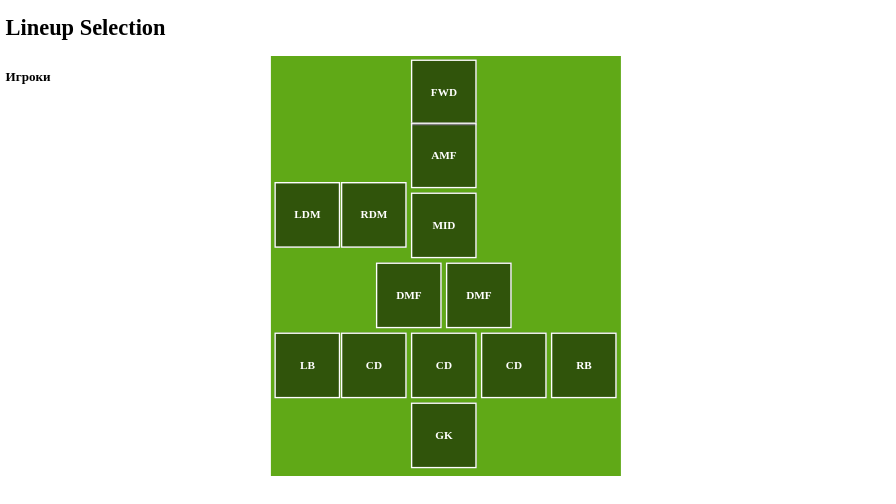
Repository: greatgreek73/soccergame
Page: http://localhost/lineup-selection/
An editor plug-in stored every save of this project. The page is shown before and after the next save, followed by the edit.
The browser window is 1280 px wide. The pictures show the part of the page from y = 0 to 1920 px (the page is 720 px tall before and 3124 px after), at 70% of full size.
Some web libraries are served in a nearby version. The page is served by the project's application, run on Django 4.2 (manage.py). A made-up administrator, testuser (Test User, test@example.com), is signed in. Other server files are loaded and not shown. Queries for data that is not in the repository find no rows.

Above is the page before, as saved 2024-04-19 20:51:02.

### players/templates/lineup_selection.html
{% load static %}

<!DOCTYPE html>
<html>
<head>
    <title>Lineup Selection</title>
    <link rel="stylesheet" href="https://code.jquery.com/ui/1.12.1/themes/base/jquery-ui.css">
    <script src="https://code.jquery.com/jquery-3.6.0.min.js"></script>
    <script src="https://code.jquery.com/ui/1.12.1/jquery-ui.min.js"></script>
    <style>
        .content-wrapper {
            display: flex;
            justify-content: flex-start; /* Изменено для устранения лишнего пространства между элементами */
        }
        #player-list {
            width: 30%; /* Задайте ширину списка игроков */
            margin-right: 0px; /* Отступ уменьшен до 0 */
        }
        #field {
            background-color: #60A917;
            width: 500px;
            height: 600px;
            position: relative;
        }
        .position {
            width: 90px;
            height: 90px;
            border: 2px solid #fff;
            position: absolute;
            display: flex;
            align-items: center;
            justify-content: center;
            color: white;
            font-weight: bold;
            background-color: rgba(0, 0, 0, 0.5); /* Небольшая прозрачность */
        }
    </style>
    <script>
        var lineup = []; // Инициализация массива состава на уровне глобальной переменной

        function loadInitialLineup() {
            $.ajax({
                url: '/get-lineup/',
                type: 'GET',
                success: function(response) {
                    lineup = response.lineup;
                    lineup.forEach(function(player) {
                        var playerElement = $('[data-player-id="' + player.player_id + '"]');
                        var positionElement = $('.position[data-position="' + player.position + '"]');
                        var playerClone = playerElement.clone().addClass('positioned-player').removeAttr('style');
                        positionElement.empty().append(playerClone);
                        playerElement.remove();
                        updateDraggable();
                    });
                },
                error: function(xhr, status, error) {
                    console.error('Error loading the lineup: ' + error);
                }
            });
        }

        function updateDraggable() {
            $('.positioned-player').draggable({
                revert: 'invalid',
                cursor: 'move',
                helper: 'clone',
                zIndex: 100
            });
        }

        $(document).ready(function() {
            loadInitialLineup();
            $('.player').draggable({
                revert: 'invalid',
                cursor: 'move',
                helper: 'clone',
                zIndex: 100
            });

            $('.position').droppable({
                accept: function(draggable) {
                    return true; // Теперь любой игрок может быть перетащен в любой слот
                },
                drop: function(event, ui) {
                    console.log("Игрок помещен в слот");
                    var droppedPlayer = ui.draggable;
                    var droppedPlayerId = droppedPlayer.data('player-id');
                    var position = $(this).data('position');  // Получаем позицию слота

                    // Удаление предыдущего игрока из этого слота, если он занят
                    if ($(this).find('.player').length) {
                        var positionedPlayerId = $(this).find('.player').data('player-id');
                        lineup = lineup.filter(item => item.player_id !== positionedPlayerId); // Удаление из массива
                    }

                    // Добавление нового игрока в массив lineup
                    lineup.push({player_id: droppedPlayerId, position: position});

                    // Клонирование и обновление DOM
                    var playerClone = droppedPlayer.clone().removeAttr('style').removeClass('ui-draggable').addClass('positioned-player');
                    $(this).empty().append(playerClone);
                    playerClone.draggable({
                        revert: 'invalid',
                        cursor: 'move',
                        helper: 'clone',
                        zIndex: 100
                    });

                    droppedPlayer.remove();
                    saveLineupAutomatically();  // Сохранение состава
                }
            });

            $('#player-list ul').droppable({
                accept: '.positioned-player',
                drop: function(event, ui) {
                    var droppedPlayer = ui.draggable;
                    var playerId = droppedPlayer.data('player-id');
                    lineup = lineup.filter(item => item.player_id !== playerId); // Update lineup
                    droppedPlayer.remove();
                    $(this).append(droppedPlayer);
                    droppedPlayer.draggable({
                        revert: 'invalid',
                        cursor: 'move',
                        helper: 'clone',
                        zIndex: 100
                    });
                    saveLineupAutomatically();
                }
            });

            function saveLineupAutomatically() {
                // Нет необходимости очищать массив, так как он уже глобальный и обновляется в других функциях
                $.ajax({
                    url: '/lineup/save/',
                    type: 'POST',
                    data: JSON.stringify({lineup: lineup}),
                    contentType: 'application/json',
                    success: function(response) {
                        console.log('Состав успешно сохранен автоматически');
                    },
                    error: function(xhr, status, error) {
                        console.error('Ошибка при автоматическом сохранении состава: ' + error);
                    }
                });
            }

            {% for position, player_id in selected_players.items %}
                var player = $('.player[data-player-id="{{ player_id }}"]');
                var playerClone = player.clone().removeAttr('style').removeClass('ui-draggable').addClass('positioned-player');
                playerClone.uniqueId();
                $('.position[data-position="{{ position }}"]').empty().append(playerClone);
                player.remove();

                playerClone.draggable({
                    revert: 'invalid',
                    cursor: 'move',
                    helper: 'clone',
                    zIndex: 100
                });
            {% endfor %}
        });
    </script>
</head>
<body>
    <h1>Lineup Selection</h1>
    <div class="content-wrapper"> <!-- Добавлен новый контейнер -->
        <div id="player-list">
            <h3>Игроки</h3>
            <ul>
                {% for player in players %}
                    <li class="player" data-player-id="{{ player.id }}" data-player-position="{{ player.position }}">
                        {{ player.last_name }} ({{ player.position }})
                    </li>
                {% endfor %}
            </ul>
        </div>

        <div id="field">
            <div class="position" data-position="GK" style="top: 495px; left: 200px;">GK</div>
            <div class="position" data-position="DEF" style="top: 395px; left: 200px;">CD</div>
            <div class="position" data-position="DEF" style="top: 395px; left: 300px;">CD</div>
            <div class="position" data-position="DEF" style="top: 395px; left: 100px;">CD</div>
            <div class="position" data-position="RB" style="top: 395px; left: 400px;">RB</div>
            <div class="position" data-position="LB" style="top: 395px; left: 5px;">LB</div>
            <div class="position" data-position="RDM" style="top: 180px; left: 100px;">RDM</div>
            <div class="position" data-position="LDM" style="top: 180px; left: 5px;">LDM</div>
            <div class="position" data-position="MID" style="top: 195px; left: 200px;">MID</div>
            <div class="position" data-position="FWD" style="top: 5px; left: 200px;">FWD</div>
            <div class="position" data-position="DMF" style="top: 295px; left: 250px;">DMF</div>
            <div class="position" data-position="DMF" style="top: 295px; left: 150px;">DMF</div>
            <div class="position" data-position="AMF" style="top: 95px; left: 200px;">AMF</div>



        </div>
    </div>
</body>
</html>

### players/views.py
import scipy.stats as stats
from django.http import HttpResponseRedirect, JsonResponse
from django.shortcuts import render, redirect, get_object_or_404
from .models import Player, Club, Lineup, LineupPlayer
from faker import Faker
from django.contrib import messages
from .forms import UserRegisterForm, CreateClubForm, GeneratePlayerForm
from django.contrib.auth import authenticate, login
from django.contrib.auth.decorators import login_required
from match_engine.engine import simulate_match
from utils.player_stats_generator import PlayerStatsGenerator
from utils.config import TOTAL_POINTS, MAIN_STATS_RATIO, KEY_STAT_MULTIPLIERS, MAX_STAT_VALUE
import json
from django.views.decorators.csrf import csrf_exempt
import logging

# Настройка логгера
logger = logging.getLogger('newsoccergame')

fake = Faker()

STATS = [
    'strength', 'stamina', 'pace', 'marking', 'tackling', 'work_rate',
    'positioning', 'passing', 'crossing', 'dribbling', 'ball_control',
    'heading', 'finishing', 'long_range', 'vision', 'handling', 'reflexes',
    'aerial', 'jumping', 'command', 'throwing', 'kicking'
]

def index(request):
    return render(request, 'index.html')

def generate_player(request):
    if request.method == 'POST':
        form = GeneratePlayerForm(request.POST)
        if form.is_valid():
            position = form.cleaned_data['position']
            Player.objects.create(
                first_name=fake.first_name_male(),
                last_name=fake.last_name_male(),
                age=17,
                position=position
            )
            return HttpResponseRedirect('/generate/')
    else:
        form = GeneratePlayerForm()
    return render(request, 'generate_player.html', {'form': form})

def register(request):
    if request.method == 'POST':
        form = UserRegisterForm(request.POST)
        if form.is_valid():
            form.save()
            username = form.cleaned_data.get('username')
            messages.success(request, f'Your account has been created! You are now able to log in')
            return redirect('login')
    else:
        form = UserRegisterForm()
    return render(request, 'register.html', {'form': form})

def user_login(request):
    if request.method == 'POST':
        username = request.POST['username']
        password = request.POST['password']
        user = authenticate(request, username=username, password=password)
        if user is not None:
            login(request, user)
            try:
                club = Club.objects.get(user=user)
                return redirect('club_detail', club_id=club.id)
            except Club.DoesNotExist:
                return redirect('create_club')
        else:
            return render(request, 'login.html', {'error': 'Invalid credentials'})
    return render(request, 'login.html')

@login_required
def home(request):
    try:
        club = Club.objects.get(user=request.user)
        return redirect('club_detail', club_id=club.id)
    except Club.DoesNotExist:
        return redirect('create_club')

def club_detail(request, club_id):
    club = get_object_or_404(Club, id=club_id)
    context = {
        'club': club,
        'form': GeneratePlayerForm()
    }
    return render(request, 'club_detail.html', context)

def create_club(request):
    if request.method == 'POST':
        form = CreateClubForm(request.POST)
        if form.is_valid():
            existing_club = Club.objects.filter(user=request.user).first()
            if existing_club:
                return redirect('club_detail', club_id=existing_club.id)

            new_club = Club.objects.create(
                user=request.user,
                name=form.cleaned_data['name'],
                country=form.cleaned_data['country']
            )
            return redirect('club_detail', club_id=new_club.id)
    else:
        form = CreateClubForm()
    return render(request, 'create_club.html', {'form': form})

def generate_player_for_club(request, club_id):
    try:
        club = Club.objects.get(id=club_id)
    except Club.DoesNotExist:
        return redirect('home')

    if club.user != request.user:
        return redirect('home')

    if request.method == 'POST':
        form = GeneratePlayerForm(request.POST)
        if form.is_valid():
            position = form.cleaned_data['position']
            player_class = int(form.cleaned_data['player_class'])

            config = {
                'stats': STATS,
                'total_points': TOTAL_POINTS,
                'main_stats_ratio': MAIN_STATS_RATIO,
                'key_stat_multipliers': KEY_STAT_MULTIPLIERS,
                'max_stat_value': MAX_STAT_VALUE
            }
            generator = PlayerStatsGenerator(config)
            player_stats = generator.generate_stats(position, player_class)

            country_to_locale = {
                'USA': 'en_US',
                'Russia': 'ru_RU',
                'China': 'zh_CN',
                'Belgium': 'nl_BE',
                'New Zealand': 'en_NZ',
                'Austria': 'de_AT',
                'Brazil': 'pt_BR',
                'Greece': 'el_GR',
                'Argentina': 'es_AR',
                'Italy': 'it_IT',
                'Germany': 'de_DE',
            }

            print(f"Club country: {club.country}")
            locale = country_to_locale.get(club.country, 'en_US')
            print(f"Using locale: {locale}")

            fake = Faker(locale)

            while True:
                first_name = fake.first_name_male()
                last_name = fake.last_name_male()

                if not Player.objects.filter(first_name=first_name, last_name=last_name).exists():
                    break

            player = Player.objects.create(
                first_name=first_name,
                last_name=last_name,
                age=17,
                club=club,
                nationality=club.country,
                position=position,
                player_class=player_class,
                **player_stats
            )

            return redirect('club_detail', club_id=club.id)
    else:
        form = GeneratePlayerForm()

    context = {'form': form}
    return render(request, 'generate_player.html', context)

def player_detail(request, player_id):
    player = get_object_or_404(Player, id=player_id)
    context = {
        'player': player
    }
    return render(request, 'player_detail.html', context)

def start_match(request, club_id):
    club1 = get_object_or_404(Club, id=club_id)
    opponent_club_id = request.GET.get('opponent_club_id')
    if opponent_club_id:
        try:
            club2 = get_object_or_404(Club, id=opponent_club_id)
        except Club.DoesNotExist:
            return render(request, 'error.html', {'error': 'Invalid opponent club'})

        lineup1 = Lineup.objects.filter(user=club1.user).last()
        lineup2 = Lineup.objects.filter(user=club2.user).last()

        if lineup1:
            players1 = [lp.player for lp in LineupPlayer.objects.filter(lineup=lineup1)]
        else:
            players1 = Player.objects.filter(club=club1)

        if lineup2:
            players2 = [lp.player for lp in LineupPlayer.objects.filter(lineup=lineup2)]
        else:
            players2 = Player.objects.filter(club=club2)

        winner, loser = simulate_match(players1, players2, club1, club2)

        winner_players = winner.players
        loser_players = loser.players

        context = {
            'club1': club1,
            'club2': club2,
            'winner_club': winner.club,
            'loser_club': loser.club,
            'winner_players': winner_players,
            'loser_players': loser_players,
        }

        return render(request, 'match.html', context)
    else:
        other_clubs = Club.objects.exclude(id=club_id)
        context = {
            'club': club1,
            'other_clubs': other_clubs,
        }
        return render(request, 'select_opponent.html', context)

def update_stadium(request, pk):
    club = get_object_or_404(Club, pk=pk)
    if request.method == 'POST':
        data = json.loads(request.body)
        club.stadium_name = data['stadium_name']
        club.save()
        return JsonResponse({'status': 'ok'})

def increase_capacity(request, pk):
    club = get_object_or_404(Club, pk=pk)
    if request.method == 'POST':
        club.stadium_capacity += 1000
        club.save()
        return JsonResponse({'stadium_capacity': club.stadium_capacity})

@login_required
def lineup_selection(request):
    players = Player.objects.filter(club__user=request.user)
    lineup = Lineup.objects.filter(user=request.user).last()
    if lineup:
        lineup_players = LineupPlayer.objects.filter(lineup=lineup)
        selected_players = {lp.position: lp.player.id for lp in lineup_players}
    else:
        selected_players = {}
    return render(request, 'lineup_selection.html', {'players': players, 'selected_players': selected_players})

@login_required
@csrf_exempt
def save_lineup(request):
    logger.debug("save_lineup called")  # Логирование вызова функции
    if request.method == 'POST':
        try:
            data = json.loads(request.body)
            logger.debug(f"Received lineup data: {data}")  # Логирование полученных данных

            lineup_data = data.get('lineup', [])
            user = request.user
            lineup = Lineup.objects.filter(user=user).last()

            if not lineup:
                lineup = Lineup.objects.create(user=user)

            # Удалить всех текущих игроков из лайнапа перед добавлением новых
            LineupPlayer.objects.filter(lineup=lineup).delete()

            # Добавить игроков из полученных данных
            for item in lineup_data:
                player_id = item.get('player_id')
                position = item.get('position')
                player = Player.objects.get(id=player_id)
                LineupPlayer.objects.create(lineup=lineup, player=player, position=position)

            logger.debug("Lineup saved successfully")  # Логирование успешного сохранения
            return JsonResponse({'status': 'success', 'message': 'Состав успешно сохранен'})
        except Exception as e:
            logger.error(f"Error saving lineup: {e}", exc_info=True)  # Логирование ошибок
            return JsonResponse({'error': 'Internal server error'}, status=500)
    else:
        logger.warning("Incorrect request method")  # Логирование некорректного метода запроса
        return JsonResponse({'status': 'error', 'message': 'Неверный метод запроса'}, status=400)

def get_lineup(request):
    lineup = LineupPlayer.objects.filter(lineup__user=request.user)  # Убедитесь, что данные фильтруются по текущему пользователю
    data = [{'player_id': player.player.id, 'position': player.position} for player in lineup]
    return JsonResponse({'lineup': data})

### newsoccergame/urls.py
from django.contrib import admin
from django.urls import path, include
from players import views as player_views
from django.contrib.auth import views as auth_views
from django.contrib.auth.views import LogoutView
from players.views import index


urlpatterns = [
    path('', index, name='index'),
    path('admin/', admin.site.urls),
    path('', include('players.urls')),
    path('generate/', player_views.generate_player, name='generate_player'),
    path('register/', player_views.register, name='register'),
    path('login/', auth_views.LoginView.as_view(template_name='login.html'), name='login'),
    path('logout/', LogoutView.as_view(next_page='index'), name='logout'),
    path('', player_views.home, name='home'),

]

### players/urls.py
from django.urls import path
from . import views
from players.views import index
from .views import lineup_selection

urlpatterns = [
    # ... другие маршруты ...
    path('generate/', views.generate_player, name='generate_player'),
    path('register/', views.register, name='register'),
    path('login/', views.user_login, name='login'),
    path('', views.home, name='home'),
    path('club/<int:club_id>/', views.club_detail, name='club_detail'),
    path('create_club/', views.create_club, name='create_club'),
    path('club/<int:club_id>/generate_player/', views.generate_player_for_club, name='generate_player_for_club'),
    path('player/<int:player_id>/', views.player_detail, name='player_detail'),
    path('', index, name='index'),
    path('match/<int:club1_id>/<int:club2_id>/', views.start_match, name='start_match'),
    path('match/<int:club_id>/', views.start_match, name='start_match'),
    path('clubs/<int:pk>/update_stadium/', views.update_stadium, name='update_stadium'),
    path('clubs/<int:pk>/increase_capacity/', views.increase_capacity, name='increase_capacity'),
    path('lineup-selection/', views.lineup_selection, name='lineup_selection'),
    path('lineup/save/', views.save_lineup, name='save_lineup'),
    path('get-lineup/', views.get_lineup, name='get_lineup'),
]

After the next save:
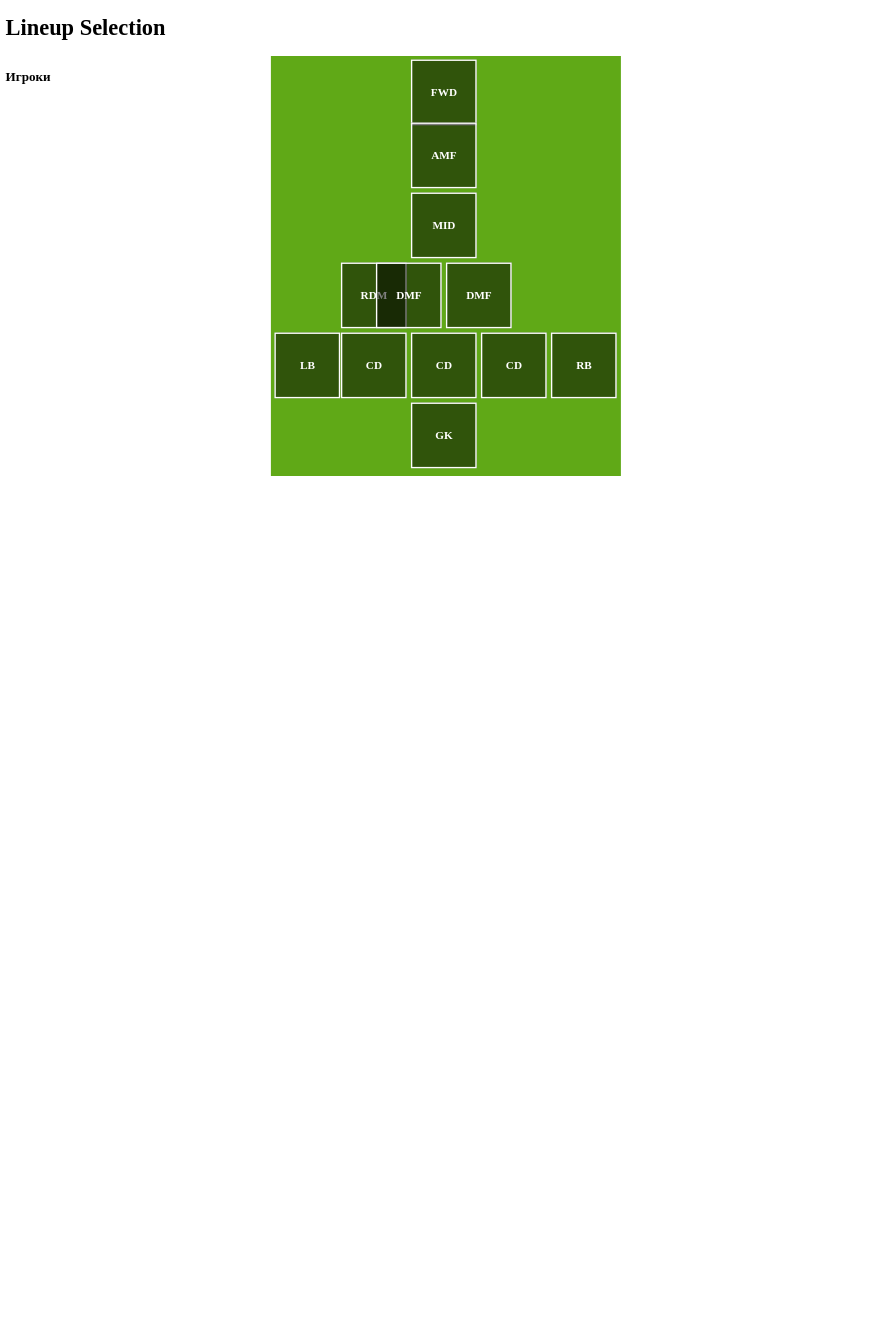
Saved 33 s later.
--- a/players/templates/lineup_selection.html
+++ b/players/templates/lineup_selection.html
@@ -183,8 +183,8 @@
             <div class="position" data-position="DEF" style="top: 395px; left: 100px;">CD</div>
             <div class="position" data-position="RB" style="top: 395px; left: 400px;">RB</div>
             <div class="position" data-position="LB" style="top: 395px; left: 5px;">LB</div>
-            <div class="position" data-position="RDM" style="top: 180px; left: 100px;">RDM</div>
-            <div class="position" data-position="LDM" style="top: 180px; left: 5px;">LDM</div>
+            <div class="position" data-position="RDM" style="top: 295px; left: 100px;">RDM</div>
+            <div class="position" data-position="LDM" style="top: 2950px; left: 5px;">LDM</div>
             <div class="position" data-position="MID" style="top: 195px; left: 200px;">MID</div>
             <div class="position" data-position="FWD" style="top: 5px; left: 200px;">FWD</div>
             <div class="position" data-position="DMF" style="top: 295px; left: 250px;">DMF</div>
